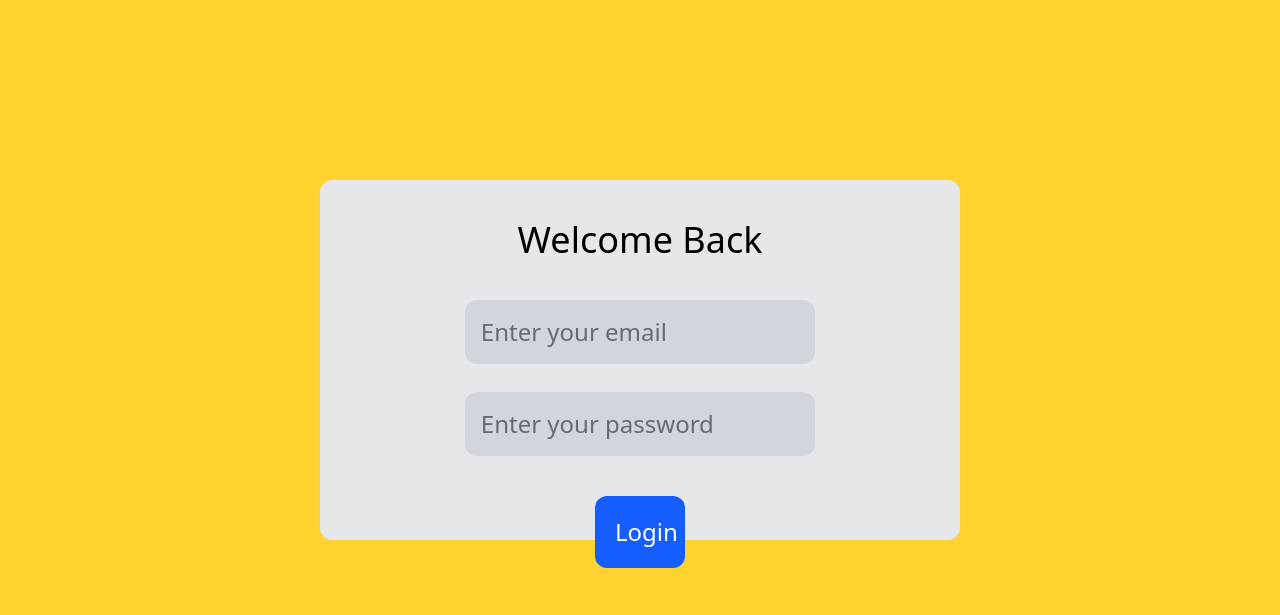
Repository: Habeebur1493/React-App
Page: /
An editor plug-in stored every save of this project. The page is shown before and after the next save, followed by the edit.
The browser window is 1280 px wide. The pictures show the whole page.
The page's requests for data from a server got no answer. The project was rebuilt for these pictures with package versions that can differ from the ones it lists, and the page was loaded fresh each time. No one was signed in, and anything a server would have sent is missing. Also part of the build but not shown: vite.config.js, src/Components/Nav.jsx, src/Components/Loading.jsx, src/Components/Home.jsx, src/Components/Details.jsx, src/Components/Addproducts.jsx, src/Components/ShowProducts.jsx.

Above is the page before, as saved 2025-02-05 15:37:01.

### index.html
<!doctype html>
<html lang="en">
  <head>
    <meta charset="UTF-8" />
    <meta name="viewport" content="width=device-width, initial-scale=1.0" />
    <title>Project</title>
  </head>
  <body>
    <div id="root"></div>
    <script type="module" src="/src/main.jsx"></script>
  </body>
</html>

### src/main.jsx
import React, { StrictMode } from "react";
import { createRoot } from "react-dom/client";
import App from "./App.jsx";
import { BrowserRouter } from "react-router-dom";
import Context from "./Components/utils/Context.jsx";
import { ToastContainer } from "react-toastify";

createRoot(document.getElementById("root")).render(
 <StrictMode>
   <Context>
    <BrowserRouter>
      <App />
      <ToastContainer />
    </BrowserRouter>
    </Context>
 </StrictMode>

);

### src/App.jsx
import React, { useState } from "react";
import "./App.css";
import { Route, Routes } from "react-router-dom";
import Login from "./Components/Login.jsx";
import Home from "./Components/Home.jsx";
import Details from "./Components/Details.jsx";
import Addproducts from "./Components/Addproducts.jsx";
import ShowProducts from "./Components/ShowProducts.jsx";

const App = () => {
  const [selectedProduct, setSelectedProduct] = useState(null);

  return (
    <div className='h-screen w-screen flex'>
      <Routes>
        <Route path='/' element={<Login />} />
        <Route path='/Home' element={<Home />} />
        <Route path='/add-products' element={<Addproducts />} />
        <Route path='/details/:id' element={<Details />} />
        <Route path='/show-products'element={<ShowProducts
              setSelectedProduct={setSelectedProduct}
              selectedProduct={selectedProduct}
            />
          }
        />
      </Routes>
    </div>
  );
};

export default App;

### src/Components/utils/Context.jsx
import React, { createContext, useEffect, useState } from "react";
import axios from "axios";

export const ProductContext = createContext();

const Context = ({children}) => {
  const [products, setproducts] = useState([]);

  const getproducts = async () => {
    try {
      const { data } = await axios.get("https://fakestoreapi.com/products");
      setproducts(data);
    } catch (error) {
      console.log( "Error Fetching products"  ,error);
    }
  };

  useEffect(() => {
    getproducts();
  }, []);

  return (
    <ProductContext.Provider value={{products, setproducts}}>
      {children}
    </ProductContext.Provider>
  );
};

export default Context;

### src/Components/Login.jsx
import React, { useEffect, useState } from "react";
import { useNavigate } from "react-router-dom";

const Login = () => {
  const [email, setEmail] = useState("");
  const [password, setPassword] = useState("");

  const navigate = useNavigate();

  useEffect(() => {
    const auth = localStorage.getItem("user");
    if (auth) {
      navigate("/");
    }
  }, [navigate]);

  const login = async () => {
    let result = await fetch("https://reqres.in/api/login", {
      method: "post",
      body: JSON.stringify({ email, password }),
      headers: {
        "Content-Type": "application/json",
        Accept: "application/json",
      },
    });
    result = await result.json();
    console.log(result);

    if (result.token) {
      localStorage.setItem("user", JSON.stringify(email));
      localStorage.setItem("token", JSON.stringify(result.token));
      navigate("/Home");
      } else{
        alert("Please enter correct details")
      }
  }

  return (
      <div className="w-full h-screen flex justify-center items-center bg-amber-300 ">
        <div className="w-[50%] h-[50%] p-5 bg-gray-200 flex-col flex items-center gap-3 rounded-xl">
          <h1 className="text-4xl font semibold mt-5 mb-5">Welcome Back</h1>

          <div className="w-full flex justify-center items-center flex-col gap-3">
            <div className="w-full flex justify-center items-center p-2 rounded-xl gap-2">
              <input
                onChange={(e) => setEmail(e.target.value)}
                type="email"
                placeholder="Enter your email"
                className="bg-gray-300 w-[60%] outline-none p-4 rounded-xl text-2xl"
              />
            </div>
            <div className="w-full flex justify-center items-center bg- gray-800 p-2 rounded-xl gap-2">
              <input
                onChange={(e) => setPassword(e.target.value)}
                type="password"
                placeholder="Enter your password"
                className="bg-gray-300 w-[60%] outline-none p-4 rounded-xl text-2xl"
              />
            </div>
            <button
              onClick={login}
              className="w-[15%] p-5 bg-blue-600 text-white text-2xl rounded-xl mt-5 cursor-pointer"
            >
              Login
            </button>
          </div>
        </div>
      </div>
  );
};

export default Login;

Loaded but not shown: src/App.css (common file)

After the next save:
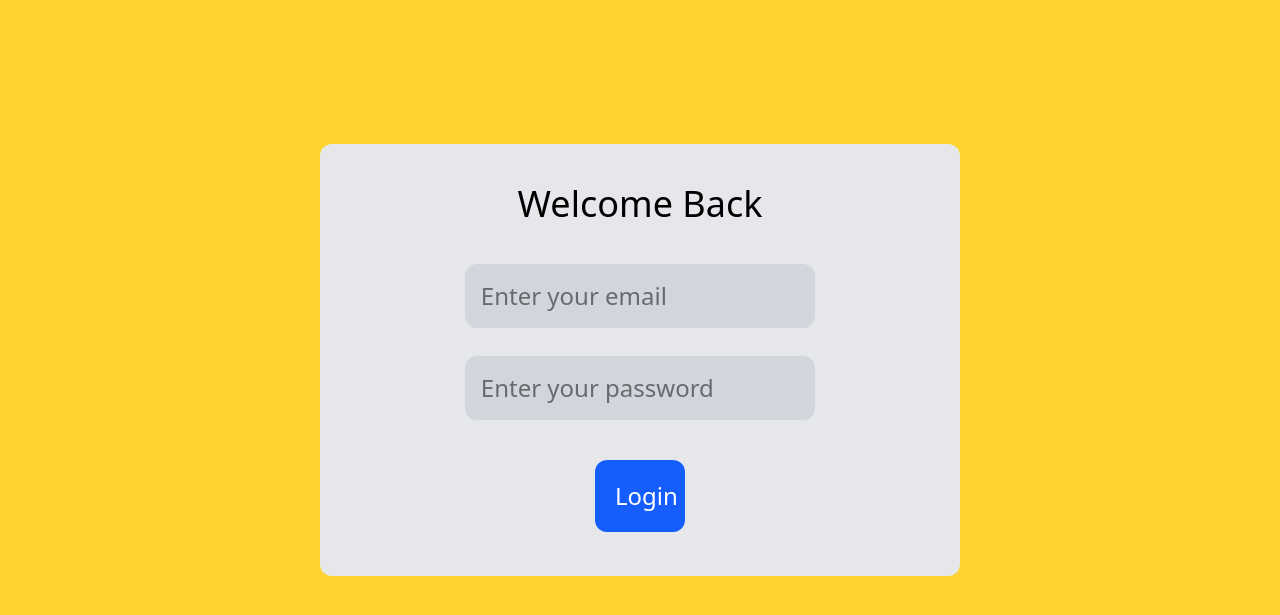
Saved 2 min 29 s later.
--- a/src/Components/Login.jsx
+++ b/src/Components/Login.jsx
@@ -37,7 +37,7 @@ const Login = () => {
 
   return (
       <div className="w-full h-screen flex justify-center items-center bg-amber-300 ">
-        <div className="w-[50%] h-[50%] p-5 bg-gray-200 flex-col flex items-center gap-3 rounded-xl">
+        <div className="w-[50%] h-[60%] p-5 bg-gray-200 flex-col flex items-center gap-3 rounded-xl">
           <h1 className="text-4xl font semibold mt-5 mb-5">Welcome Back</h1>
 
           <div className="w-full flex justify-center items-center flex-col gap-3">
